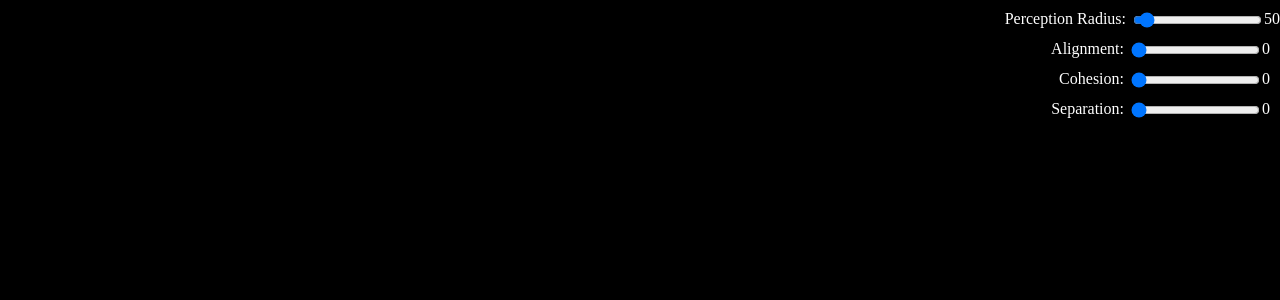
Repository: eltonsampaio12/boids
Page: index.html
These files come from the project's save history. The page is drawn as it stood at one moment and after the next save; the edit follows.
The browser window is 1280 px wide. The pictures show the whole page.

Above is the page before, as saved 2024-01-29 18:25:41.
Not found: main.ts

After the next save:
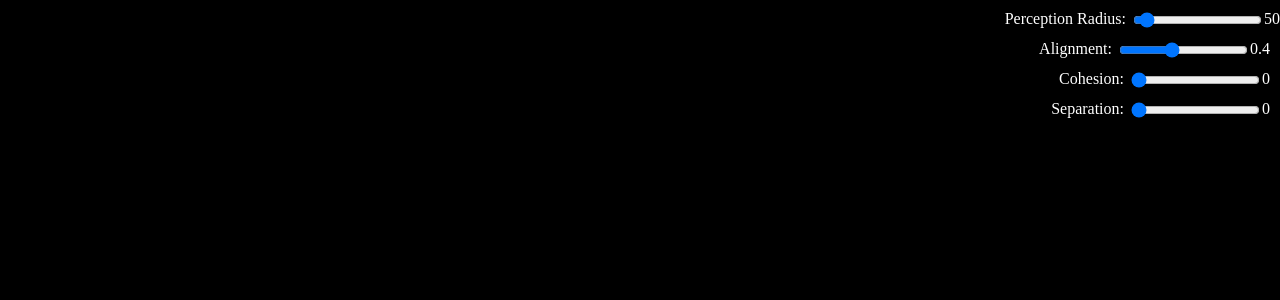
Saved 100 s later.
--- a/index.html
+++ b/index.html
@@ -58,10 +58,10 @@
         id="alignmentSlider"
         min="0"
         max="1"
-        value="0"
+        value="0.4"
         step="0.001"
       />
-      <span class="parameterValue" id="alignmentValue">0</span>
+      <span class="parameterValue" id="alignmentValue">0.4</span>
     </div>
 
     <div class="parameterParent">
